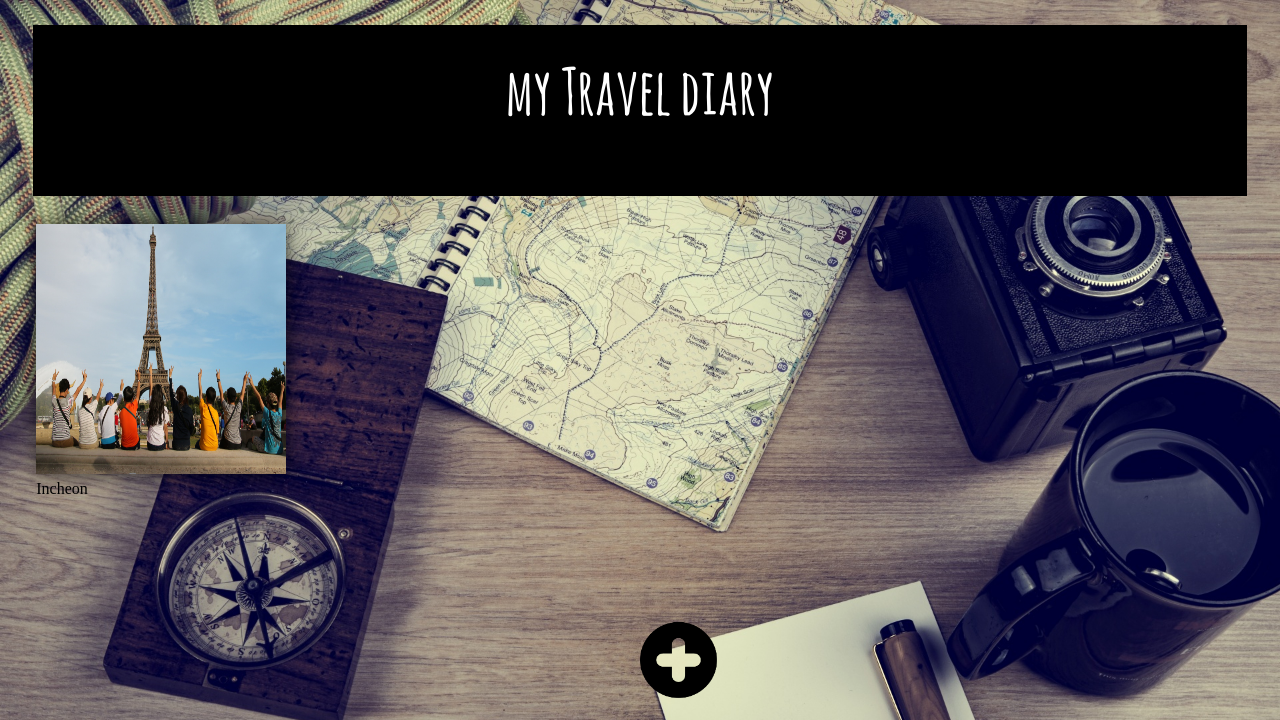
Repository: minkyung0421/jsp_travel_project
Page: http://localhost/Travel_Project/
The author's editor kept a copy of each file at every save. The page is drawn from the files as they stood at one save, then again after the next save.
The browser window is 1280 px wide. The pictures show the whole page.
The page is served by Tomcat 9.

Above is the page before, as saved 2018-08-21 05:25:30.

After the next save:
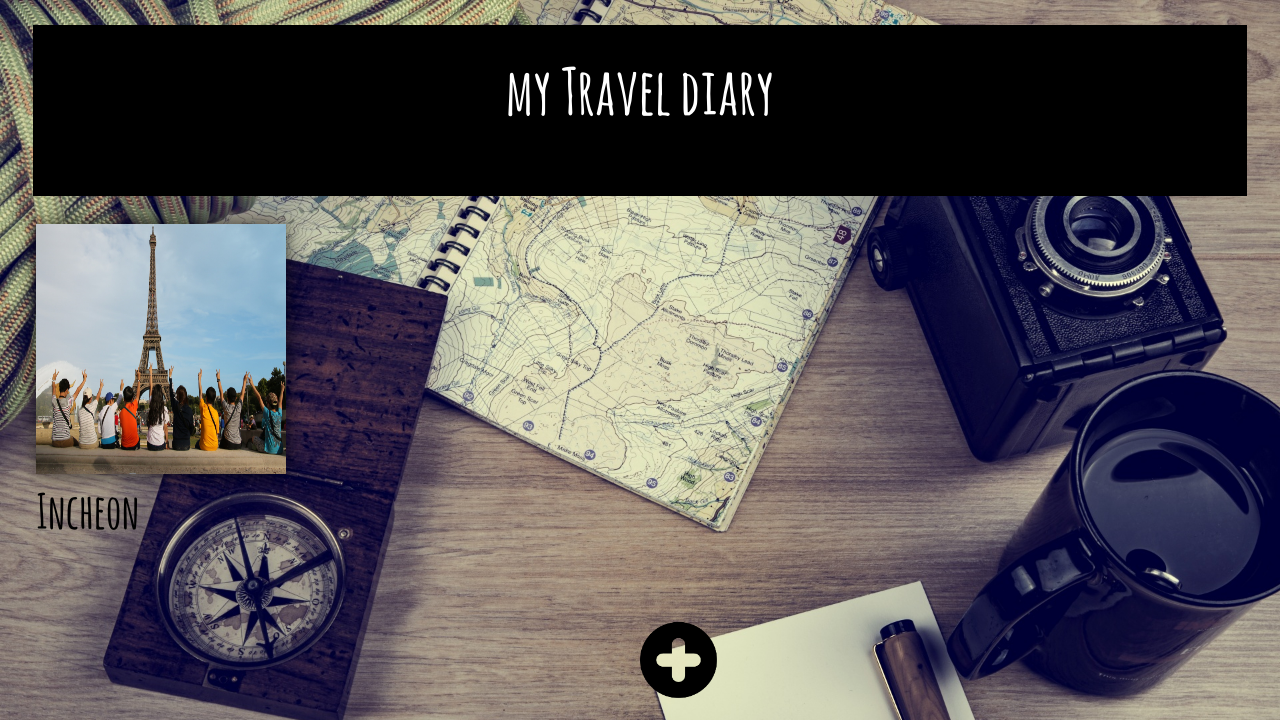
Saved 32 s later.
--- a/jsp_travel_project/Travel_Project/WebContent/index.jsp
+++ b/jsp_travel_project/Travel_Project/WebContent/index.jsp
@@ -73,7 +73,11 @@ table{
 #table {display: table; width: 250; margin-left: 2%;}
 .row {display: table-row;}
 .cell {display: table-cell; padding: 3px; }
-.col1 { width: 250; }
+.col1 {
+	width: 250;
+	font-family: amaticsc-bold;
+	font-size: 3em;
+}
 </style>
 <div id="table">
 <div class="row">
